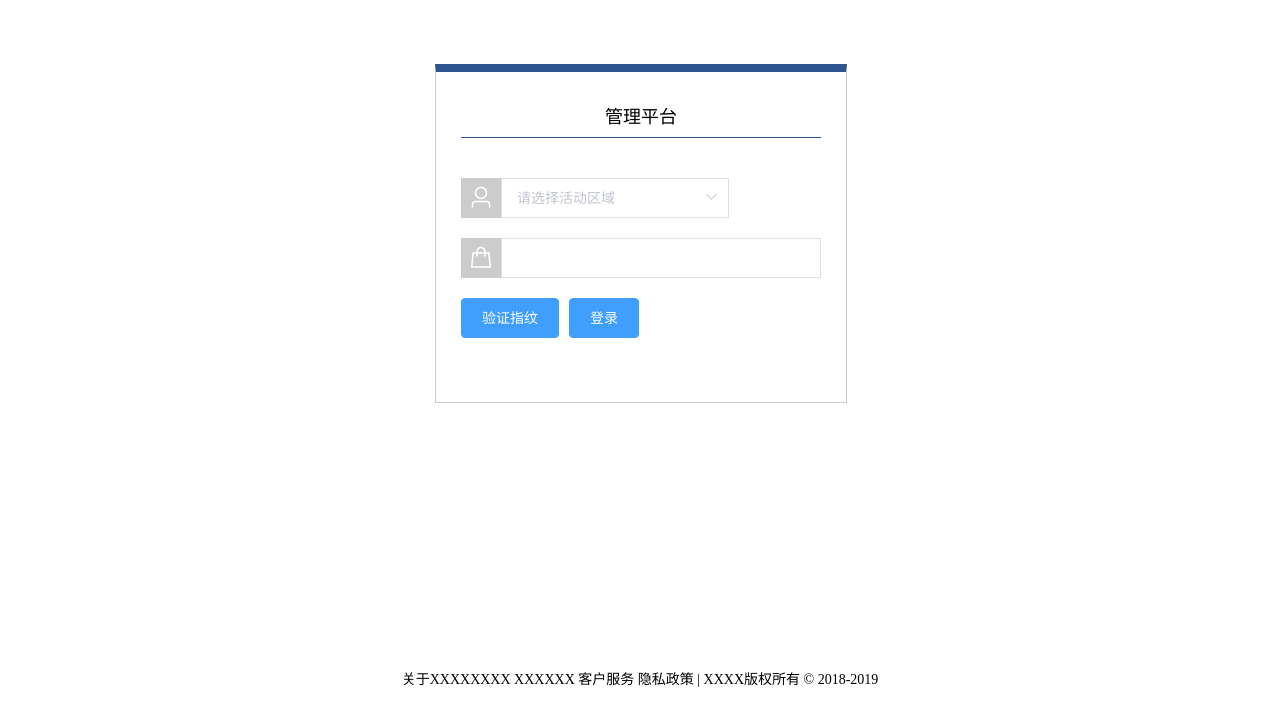
Repository: lff528/man_system
Page: /
The author's editor kept a copy of each file at every save. The page is drawn from the files as they stood at one save, then again after the next save.
The browser window is 1280 px wide. The pictures show the whole page.
The project was rebuilt for these pictures with package versions that can differ from the ones it lists, and the page was loaded fresh each time.

Above is the page before, as saved 2020-01-03 13:37:41.

### index.html
<!DOCTYPE html>
<html>
  <head>
    <meta charset="utf-8">
    <meta name="viewport" content="width=device-width,initial-scale=1.0">
    <title>emcsWebUI</title>
  </head>
  <body>
    <div id="app"></div>
    <!-- built files will be auto injected -->
  </body>
</html>

### src/main.js
// The Vue build version to load with the `import` command
// (runtime-only or standalone) has been set in webpack.base.conf with an alias.
import Vue from 'vue'
import App from './App'
import router from './router'
import ElementUI from 'element-ui';
import 'element-ui/lib/theme-chalk/index.css';
import "./assets/css/reset.css";
// import "./assets/css/iconfont.css"
Vue.use(ElementUI);
Vue.config.productionTip = false

/* eslint-disable no-new */
new Vue({
  el: '#app',
  router,
  components: { App },
  template: '<App/>'
})

### src/router/index.js
import Vue from 'vue'
import Router from 'vue-router'
import login from '@/components/login'
import routers from "../until/router"


Vue.use(Router)

let routerAll = {
  routes: [
    {
      path: '/',
      name: 'login',
      component: login
    },
    {
      path: '/main',
      name: 'main',
      component: resolve => require(['@/view/main'], resolve),
      children:[{
        path: '/',
        name: 'shouye',
        component: resolve => require(['@/view/main/shouye'], resolve),
      },
      {
        path: '/quanzhanzonglan',
        name: 'quanzhanzonglan',
        component: resolve => require(['@/view/footerNav/quanzhanzonglan'], resolve),
      },
      {
        path: '/quanzhanbaowen',
        name: 'quanzhanbaowen',
        component: resolve => require(['@/view/footerNav/quanzhanbaowen'], resolve),
      },
      {
        path: '/yuexianxinxi',
        name: 'yuexianxinxi',
        component: resolve => require(['@/view/footerNav/yuexianxinxi'], resolve),
      },
      {
        path: '/yichangshebei',
        name: 'yichangshebei',
        component: resolve => require(['@/view/footerNav/yichangshebei'], resolve),
      },
    ]
    }
  ]
}
routers.forEach((item=>{
  if(item.children){


  item.children.forEach((itemA)=>{
    routerAll.routes[1].children.push({
      path: itemA.path,
      name: itemA.name,
      component: itemA.component,
    })
  })
}
}))

// console.log(routerAll.routes[1].children)
const router = new Router(routerAll)


export default router

### src/assets/css/reset.css
html{
	color:#000;
	background:#FFF;
}
body, div, dl, dt, dd, ul, ol, li,h1, h2, h3, h4, h5, h6, pre, code,form, fieldset, legend, input, button,textarea, p, blockquote, th, td {
	margin: 0;
	padding: 0;
	font-size: 14px;
}
html,body{
	height: 100%;
	background-color: #0b2b4a;
}
fieldset, img{
	border:0;
}
input,select,textarea{
	outline:none;
}
textarea{
	resize:none;
}
a{
	text-decoration:none;
}
table {
	border-collapse:collapse;
	border-spacing:0;
}
address,
caption,
cite,
code,
dfn,
em,
strong,
th,
var {
	font-style:normal;
	font-weight:normal;
}

ol,
ul {
	list-style:none;
}
/*版心*/
.w {
	width: 1170px;
	margin: 0 auto;
}

/* 万能清除浮动*/
.clearfix{
	zoom:1;
}
.clearfix:after{
    content: '';
    display:block;
    clear:both;
}

.left {
	float: left;
}

.right {
	float: right;
}

### src/components/login/index.vue
<template>
  <div class="login">
     <div class="login_header" :style="{height:curHeight+'px'}">
       <div class="main">
           <p class="main_title">管理平台</p>
          <div class="from_box">
              <p class="user_p">
                <span class="el-icon-user"></span>
                <el-select v-model="form.name" placeholder="请选择活动区域">
                  <el-option label="区域一" value="shanghai"></el-option>
                  <el-option label="区域二" value="beijing"></el-option>
                </el-select>
              </p>
              <p class="user_p">
                <span class="el-icon-goods" style="width:45px"></span>
                <el-input v-model="form.password"></el-input>
              </p>
              <p>
                 <el-button type="primary"  @click="onSubmit">验证指纹</el-button>
                  <el-button type="primary" @click="onSubmit">登录</el-button>
              </p>
          </div>
       </div>

     </div>
     <p class="login_footer">关于XXXXXXXX XXXXXX 客户服务 隐私政策 | XXXX版权所有 © 2018-2019</p>
  </div>
</template>

<script>
export default {
  name: 'login',
  data () {
    return {
      curHeight:'',
      form:{
        name:'',
        password:''
      }
    }
  },
  methods:{
    onSubmit(){
      this.$router.push('/main');

    }
  },
  beforeMount(height) {
      var h = document.documentElement.clientHeight || document.body.clientHeight;
      this.curHeight =h - 80; //减去页面上固定高度height
  },
}
</script>

<!-- Add "scoped" attribute to limit CSS to this component only -->
<style >
 .login .el-input__inner{
    border-radius: 0;
  }

</style>
<style scoped lang="less">

  .login{
      .login_header{
        background: white;
        .main{
          width: 360px;
          height: 280px;
          border: 1px solid #ccc;
          position: relative;
          left: 50%;
          margin-left: -205px;
          top: 10%;
          padding: 25px;
          background: white;
          border-top: 8px solid #2e558e;
          .main_title{
            height: 40px;
            text-align: center;
            line-height: 40px;
            border-bottom: 1px solid #2e558e;
            font-size: 18px;
            font-family: "\5FAE\8F6F\96C5\9ED1"
          }
          .from_box{
            p{
              margin-top: 20px;
              display: flex;
              span:first-child{
                display: inline-block;
                width: 40px;
                height: 40px;
                background: #ccc;
                font-size: 25px;
                line-height: 40px;
                text-align: center;
                color: white;
              }

            }
            p:first-child{
              margin-top: 40px;
            }
            .user_p{

            }
          }
        }
      }
      .login_footer{
        height: 80px;
        line-height: 80px;
        text-align: center;
        background: white;
      }
  }
</style>

### src/until/router.js
let routers = [

    {
        title:"消防系统",
        icon:"el-icon-menu",
        children:[
            {
              icon:"el-icon-menu",
                path: '/xiaofangjiankong',
                name: 'xiaofangjiankong',
                component: resolve => require(['@/view/xiaofang/xiaofangjiankong'], resolve),
                title:'消防监控'
              },
              {
                path: '/huozaibaojing',
                name: 'huozaibaojing',
                component: resolve => require(['@/view/xiaofang/huozaibaojing'], resolve),
                title:'火灾报警系统'
              },
              {
                path: '/qitimiehuo',
                name: 'qitimiehuo',
                component: resolve => require(['@/view/xiaofang/qitimiehuo'], resolve),
                title:'气体灭火系统'
              },
              {
                path: '/xiaohuoshuan',
                name: 'xiaohuoshuan',
                component: resolve => require(['@/view/xiaofang/xiaohuoshuan'], resolve),
                title:'消火栓系统'
              },
              {
                path: '/miehuoqipeizhi',
                name: 'miehuoqipeizhi',
                component: resolve => require(['@/view/xiaofang/miehuoqipeizhi'], resolve),
                title:'灭火器配置'
              },
              {
                path: '/yingjizhaoming',
                name: 'yingjizhaoming',
                component: resolve => require(['@/view/xiaofang/yingjizhaoming'], resolve),
                title:'应急照明及疏散指示灯系统'
              },
              {
                path: '/paizhuzhudan',
                name: 'paizhuzhudan',
                component: resolve => require(['@/view/xiaofang/paizhuzhudan'], resolve),
                title:'变压器排油注氮'
              },
              {
                path: '/shuipenwumiehuo',
                name: 'shuipenwumiehuo',
                component: resolve => require(['@/view/xiaofang/shuipenwumiehuo'], resolve),
                title:'变压器水喷雾灭火'
              }
        ]
    },
    {
        title:"安全防范",
        icon:"el-icon-menu",
        children:[
            {
                path: '/anquanfangfan',
                name: 'anquanfangfan',
                component: resolve => require(['@/view/anquanfangfan/anquanfangfan'], resolve),
                title:'安全防范系统'
              },
              {
                path: '/binadianzhanZj',
                name: 'binadianzhanZj',
                component: resolve => require(['@/view/anquanfangfan/binadianzhanZj'], resolve),
                title:'变电站周界系统'
              },
              {
                path: '/shineihongwaiSj',
                name: 'shineihongwaiSj',
                component: resolve => require(['@/view/anquanfangfan/shineihongwaiSj'], resolve),
                title:'室内红外双鉴系统'
              },
              {
                path: '/menjinkongzhi',
                name: 'menjinkongzhi',
                component: resolve => require(['@/view/anquanfangfan/menjinkongzhi'], resolve),
                title:'门禁控制系统'
              },
              {
                path: '/menjinjilu',
                name: 'menjinjilu',
                component: resolve => require(['@/view/anquanfangfan/menjinjilu'], resolve),
                title:'门禁记录系统'
              },

        ]
    },
    {
      title:"在线监测",
      icon:"el-icon-menu",
      children:[
          {
              path: '/zaixianjiance',
              name: 'zaixianjiance',
              component: resolve => require(['@/view/zaixianjiance/zaixianjiance'], resolve),
              title:'在线监测主界面'
            },
            {
              path: '/yousepu',
              name: 'yousepu',
              component: resolve => require(['@/view/zaixianjiance/yousepu'], resolve),
              title:'油色谱在线监测'
            },
            {
              path: '/zhubianjufang',
              name: 'zhubianjufang',
              component: resolve => require(['@/view/zaixianjiance/zhubianjufang'], resolve),
              title:'主变局放在线监测'
            },
            {
              path: '/GISjufang',
              name: 'GISjufang',
              component: resolve => require(['@/view/zaixianjiance/GISjufang'], resolve),
              title:'GIS局放在线监测'
            },
            {
              path: '/bileiqi',
              name: 'bileiqi',
              component: resolve => require(['@/view/zaixianjiance/bileiqi'], resolve),
              title:'避雷器在线监测'
            },
            {
              path: '/GISqishi',
              name: 'GISqishi',
              component: resolve => require(['@/view/zaixianjiance/GISqishi'], resolve),
              title:'GIS气室SF6压力监测'
            },
            {
              path: '/shineiSF6qiti',
              name: 'shineiSF6qiti',
              component: resolve => require(['@/view/zaixianjiance/shineiSF6qiti'], resolve),
              title:'室内SF6气体泄漏监测'
            },

      ]
    },
    {
      title:"给排水系统",
      icon:"el-icon-menu",
      children:[
          {
              path: '/jipaishui',
              name: 'jipaishui',
              component: resolve => require(['@/view/jipaishui/jipaishui'], resolve),
              title:'给排水系统主界面'
            },
            {
              path: '/jishui',
              name: 'jishui',
              component: resolve => require(['@/view/jipaishui/jishui'], resolve),
              title:'给水系统'
            },
            {
              path: '/paishui',
              name: 'paishui',
              component: resolve => require(['@/view/jipaishui/paishui'], resolve),
              title:'排水系统'
            },
            {
              path: '/yuzhishezhi',
              name: 'yuzhishezhi',
              component: resolve => require(['@/view/jipaishui/yuzhishezhi'], resolve),
              title:'阈值设置'
            },
      ]
    },
    {
      title:"环境监控",
      icon:"el-icon-menu",
      children:[
          {
              path: '/huanjingjiankong',
              name: 'huanjingjiankong',
              component: resolve => require(['@/view/huanjingjiankong/huanjingjiankong'], resolve),
              title:'环境监控系统'
            },
            {
              path: '/kongtiaonuantong',
              name: 'kongtiaonuantong',
              component: resolve => require(['@/view/huanjingjiankong/kongtiaonuantong'], resolve),
              title:'空调暖通系统'
            },
            {
              path: '/shengchanzonghelou',
              name: 'shengchanzonghelou',
              component: resolve => require(['@/view/huanjingjiankong/shengchanzonghelou'], resolve),
              title:'生产综合楼'
            },
            {
              path: '/zhanquqixiang',
              name: 'zhanquqixiang',
              component: resolve => require(['@/view/huanjingjiankong/zhanquqixiang'], resolve),
              title:'站区气象'
            },

      ]
    },
    {
      title:"照明控制",
      icon:"el-icon-menu",
      children:[
          {
              path: '/zhaomingkongzhi',
              name: 'zhaomingkongzhi',
              component: resolve => require(['@/view/zhaomingkongzhi/zhaomingkongzhi'], resolve),
              title:'照明控制系统'
            },
            {
              path: '/shengchanzonghelou',
              name: 'shengchanzonghelou',
              component: resolve => require(['@/view/zhaomingkongzhi/shengchanzonghelou'], resolve),
              title:'生产综合楼系统'
            },
      ]
    },
    {
      title:"智能联动",
      icon:"el-icon-menu",
      children:[
          {
              path: '/liandongpeizhi',
              name: 'liandongpeizhi',
              component: resolve => require(['@/view/zhinengliandong/liandongpeizhi'], resolve),
              title:'联动配置'
            },
            {
              path: '/liandongxinxi',
              name: 'liandongxinxi',
              component: resolve => require(['@/view/zhinengliandong/liandongxinxi'], resolve),
              title:'联动信息'
            },
      ]
    },
    {
      title:"智能锁控",
      icon:"el-icon-menu",
      children:[
          {
            path: '/zhinengsuokong',
            name: 'zhinengsuokong',
            component: resolve => require(['@/view/zhinengsuokong/zhinengsuokong'], resolve),
            title:'智能锁控首页'
          },
          {
            path: '/renwushouquan',
            name: 'renwushouquan',
            component: resolve => require(['@/view/zhinengsuokong/renwushouquan'], resolve),
            title:'任务授权'
          },
          {
            path: '/lishichaxun',
            name: 'lishichaxun',
            component: resolve => require(['@/view/zhinengsuokong/lishichaxun'], resolve),
            title:'历史查询'
          },
          {
            path: '/suokongquanxianshezhi',
            name: 'suokongquanxianshezhi',
            component: resolve => require(['@/view/zhinengsuokong/suokongquanxianshezhi'], resolve),
            title:'锁控权限设置'
          }
      ]
    },
    {
      title:"系统配置",
      icon:"el-icon-menu",
      children:[
          {
            path: '/yonghuguanli',
            name: 'yonghuguanli',
            component: resolve => require(['@/view/xitongpeizhi/yonghuguanli'], resolve),
            title:'用户管理'
          },
          {
            path: '/caidanguanli',
            name: 'caidanguanli',
            component: resolve => require(['@/view/xitongpeizhi/caidanguanli'], resolve),
            title:'菜单管理'
          },
          {
            path: '/jueseguanli',
            name: 'jueseguanli',
            component: resolve => require(['@/view/xitongpeizhi/jueseguanli'], resolve),
            title:'角色管理'
          },
          {
            path: '/zuzhijiagou',
            name: 'zuzhijiagou',
            component: resolve => require(['@/view/xitongpeizhi/zuzhijiagou'], resolve),
            title:'组织架构管理'
          },
          {
            path: '/zhanduanweihu',
            name: 'zhanduanweihu',
            component: resolve => require(['@/view/xitongpeizhi/zhanduanweihu'], resolve),
            title:'站端维护'
          },
          {
            path: '/quyuguanli',
            name: 'quyuguanli',
            component: resolve => require(['@/view/xitongpeizhi/quyuguanli'], resolve),
            title:'区域管理'
          },
          {
            path: '/shebeiguanli',
            name: 'shebeiguanli',
            component: resolve => require(['@/view/xitongpeizhi/shebeiguanli'], resolve),
            title:'设备管理'
          },
          {
            path: '/shebeishujumoban',
            name: 'shebeishujumoban',
            component: resolve => require(['@/view/xitongpeizhi/shebeishujumoban'], resolve),
            title:'设备数据模板配置'
          },
          {
            path: '/shebeibushu',
            name: 'shebeibushu',
            component: resolve => require(['@/view/xitongpeizhi/shebeibushu'], resolve),
            title:'设备部署'
          },
          {
            path: '/xitongshezhi',
            name: 'xitongshezhi',
            component: resolve => require(['@/view/xitongpeizhi/xitongshezhi'], resolve),
            title:'系统设置'
          }
      ]
    }
]
export default routers

Loaded but not shown: src/App.vue (common file)

After the next save:
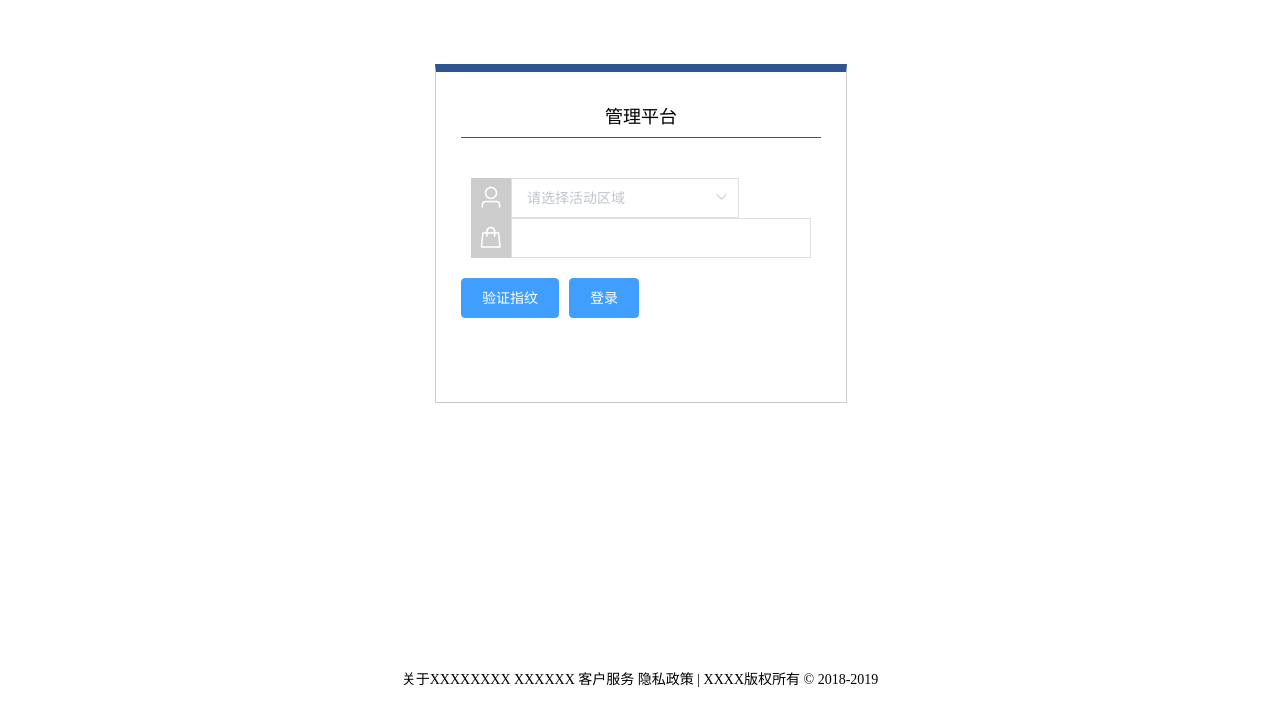
Saved 46 s later.
--- a/src/components/login/index.vue
+++ b/src/components/login/index.vue
@@ -103,7 +103,7 @@ export default {
               margin-top: 40px;
             }
             .user_p{
-
+              margin: 0 10px;
             }
           }
         }
